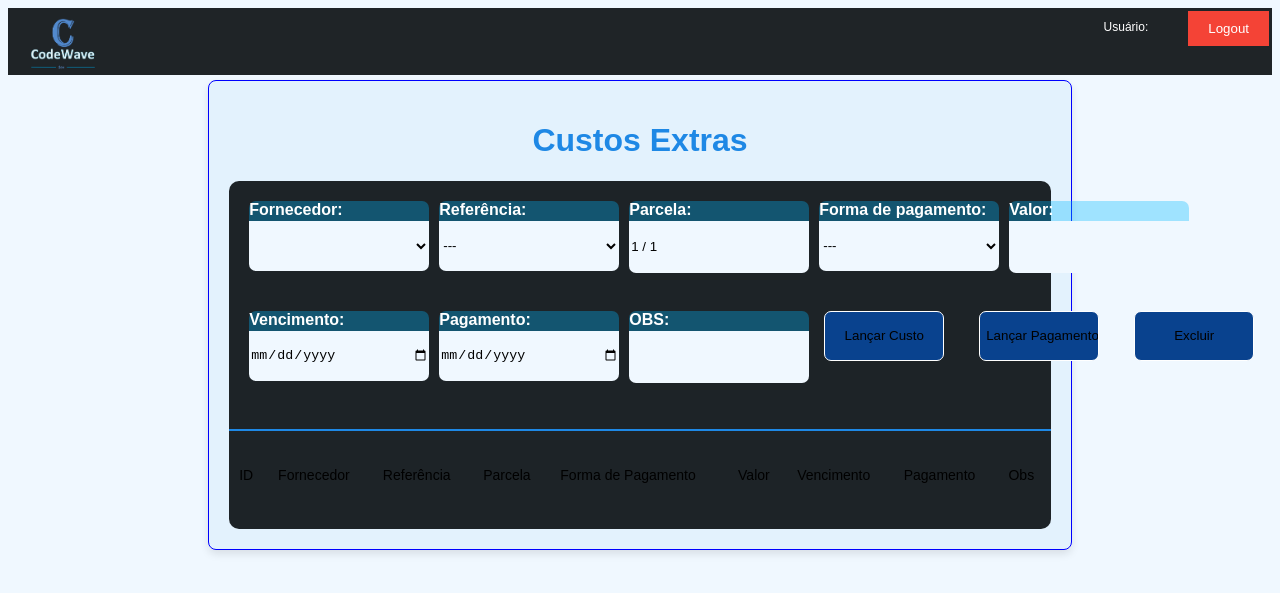
Repository: Romario-Brandao/CodeWave
Page: myproject/loja/templates/outras_despesas.html
An editor plug-in stored every save of this project. The page is shown before and after the next save, followed by the edit.
The browser window is 1280 px wide. The pictures show the whole page.
The template is drawn by Django 5.2. The application's start-up code is not run. Other server files are loaded and not shown. The template is opened directly, without the code that normally fills it, so the values that code supplies are empty.

Above is the page before, as saved 2025-03-01 01:33:46.

### myproject/loja/templates/outras_despesas.html
{% extends 'base.html' %} {% load static %} {% block body %}

<div class="form_fornecedor" style="width: 65%;">
  <h1>Custos Extras</h1>
  <div class="div_pai_custos_extras">
    <div style="display: flex;">
      <div class="caixas_barra_pesquisa_total">
        <h4 class="nome_caixa_item_parcelas">Fornecedor:</h4>
        <select name="fornecedor" class="caixa4">
          <option value=""></option>
          {% for item in fornecedores %}
          <option value="{{item.id}}">{{item.nome}}</option>
          {% endfor %}
        </select>
      </div>
      <div class="caixas_barra_pesquisa_total">
        <h4 class="nome_caixa_item_parcelas">Referência:</h4>
        <select name="forma_pg" class="caixa4" required>
          <option value="">---</option>
        <option value="AGUA">Água</option>
        <option value="CONTADOR">Contador</option>
        <option value="ENERGIA">Energia</option>
        <option value="INTERNET">Internet</option>
        <option value="SISTEMA ERP">Sistema ERP</option>
        <!-- <option value="ENERGIA"></option> -->
        </select>
      </div>
      <div class="caixas_barra_pesquisa_total">
        <h4 class="nome_caixa_item_parcelas">Parcela:</h4>
        <input type="text" name="parcela" class="caixa2_parcelas" value="1 / 1">
      </div>
      <div class="caixas_barra_pesquisa_total">
        <h4 class="nome_caixa_item_parcelas">Forma de pagamento:</h4>
        <select name="forma_pg" class="caixa4" required>
          <option value="">---</option>
          <option value="BOLETO">Boleto</option>
          <option value="C.CREDITO">C.Crédito</option>
          <option value="C.DEBITO">C.Débito</option>
          <option value="DINHEIRO">Dinheiro</option>
          <option value="PIX / TRANSFERENCIA">PIX / Transferência</option>
        </select>
      </div>
      <div class="caixas_barra_pesquisa_total">
        <h4 class="nome_caixa_item_parcelas">Valor:</h4>
        <input class="caixa2_parcelas" required name="valor" type="text" value="{{ valor_parcela }}" oninput="this.value=this.value.replace(/[^0-9,]/g, '').replace(/(,.*?)(,.*)/, '$1').replace(/(\d+),(\d{2})(\d.*)/, '$1,$2')">
      </div>
    </div>
    <div style="display: flex;">
      <div class="caixas_barra_pesquisa_total">
        <h4 class="nome_caixa_item_parcelas">Vencimento:</h4>
        <input class="caixa2_parcelas widht_data" required name="vencimento" type="date">
      </div>
      <div class="caixas_barra_pesquisa_total">
        <h4 class="nome_caixa_item_parcelas">Pagamento:</h4>
        <input class="caixa2_parcelas widht_data" name="pagamento" type="date"
        name="vencimento">
      </div>
      <div class="caixas_barra_pesquisa_total">
        <h4 class="nome_caixa_item_parcelas">OBS:</h4>
        <input class="caixa2_parcelas" type="text" name="obs"
        name="obs">
      </div>
      <div style="margin: 0 10px 0 30px;">
        <input class="butao_servico" type="submit" name="acao" value="Lançar Custo">
      </div>
      <div style="margin: 0 10px 0 30px;">
        <input class="butao_servico" type="submit" name="acao" value="Lançar Pagamento">
      </div>
      <div style="margin: 0 10px 0 30px;">
        <input class="butao_servico" type="submit" name="acao" value="Excluir">
      </div>
    </div>
    <hr>
    <br>
    <table>
      <tbody>
        <tr>
          <td>ID</td>
          <td>Fornecedor</td>
          <td>Referência</td>
          <td>Parcela</td>
          <td>Forma de Pagamento</td>
          <td>Valor</td>
          <td>Vencimento</td>
          <td>Pagamento</td>
          <td>Obs</td>
        </tr>
      </tbody>
    </table>
    <br><br>
  </div>
</div>


{% endblock %}

### myproject/loja/templates/base.html
{% load static %}
<!DOCTYPE html>
<html lang="pt-br">
  <head>
    <meta charset="UTF-8" />
    <meta name="viewport" content="width=device-width, initial-scale=1.0" />
    <title>"NOME DA EMPRESA"</title>
    <link rel="stylesheet" type="text/css" href="{% static 'css/main.css' %}" />
    <link rel="preconnect" href="https://fonts.googleapis.com" />
    <link rel="preconnect" href="https://fonts.gstatic.com" crossorigin />

    <link
      href="https://fonts.googleapis.com/css2?family=Inter:wght@400;700&display=swap"
      rel="stylesheet"
    />
  </head>
  <body>
    <div class="espaco_logo">
      <a class="imagem_logo" href="{% url 'menu' %}">
        <img src="{% static 'imagens/logo.jpeg' %}" alt="Logo" width="70px" />

        <!-- <img src="static/imagens/logo.jpeg" alt="Logo" width="70px" /> -->
      </a>
      <p class="nome_do_usuario">Usuário: {{ nome_usuario }}</p>
      <form method="POST" action="{% url 'logout' %}">
        {% csrf_token %}
        <button class="btn-logout" type="submit">Logout</button>
      </form>
    </div>

    {% block body %} {% endblock %}
  </body>
  <script>
    function applyPhoneMask(input) {
        // Remove tudo que não é número
        let value = input.value.replace(/\D/g, '');

        // Aplica a máscara (00) 0 0000-0000
        value = value.replace(/^(\d{2})(\d)/, '($1) $2');    // Coloca os parênteses e espaço
        value = value.replace(/(\d{1})(\d{4})(\d{4})$/, '$1 $2-$3'); // Coloca o espaço e traço

        // Atualiza o valor do campo
        input.value = value;
    }
  </script>
  <script>
    let isSubmitting = false;

    function preventMultipleSubmissions(form) {
      if (isSubmitting) {
        alert("O formulário já está sendo enviado. Aguarde...");
        return false;
      }
      isSubmitting = true;
      return true;
    }
  </script>
</html>

### myproject/static/css/main.css
.body_caixa {
  background-color: #09428e;
  background-color: rgba(1, 5, 8, 0.871);
  width: 1450px;
  height: 100%;
  margin: 50px 0 0 60px;
}

.caixa,
.sub_valor,
.forma_pg_valor {
  background-color: rgb(255, 255, 255);
}

.nome_caixa_item,
.nome_caixa_pg,
.titulos_lista_produtos,
.sub,
.forma_pg {
  color: rgb(255, 255, 255);
  background-color: rgba(0, 183, 255, 0.336);
}

/*  */
.cabecalho {
  background-color: blue;
  color: white;
  /* Adicione esta linha se quiser que o texto dentro do cabeçalho fique branco */
  padding: 2px;
  /* Adicione algum preenchimento para melhorar a aparência */
  display: flex;
}

.ferramentas {
  height: 83px;
  width: 200px;
  margin: 0 0 0 400px;
}

/*  */

.barra_pesquisa {
  display: flex;
  padding: 0 0 0 -10px;
}

/*  */
/*  */

.item_ferramenta {
  margin: 10px 0 0 0;
  background-color: blue;
  border-radius: 3px;
  text-align: center;
  height: 50px;
  width: 100px;
  border-radius: 7px;
  border: 1px solid black;
  color: aliceblue;
}

/*  */

.caixa_item {
  margin: 0 0 0 20px;
}

.caixa_item_compra {
  margin: 0 0 0 40px;
}

.caixa_item1 {
  margin: 0 0 0 0;
}

.sub_pg {
  display: flex;
}

.nome_caixa_item {
  border-radius: 7px 7px 0 0;
  height: 20px;
  width: 250px;
  margin: 0;
}

.caixa1 {
  border: 0;
  width: 250px;
  height: 50px;
  border-radius: 0 0 7px 7px;
  background-color: aliceblue;
  margin-top: 0;
}



.caixa_data {
  border: 0;
  width: 249px;
  height: 50px;
  border-radius: 0 0 7px 7px;
  background-color: aliceblue;
  margin-top: 0;
}

.caixa2 {
  border: 0;
  width: 246px;
  height: 50px;
  border-radius: 0 0 7px 7px;
  background-color: aliceblue;
  margin-top: 0;
}

.tamanho_cod_produto {
  width: 126px;
  height: 49px;
  margin: 0 20px 0 0;
}

.tamanho_cod_produto2 {
  width: 130px;
  margin: 0 20px 0 0;
}

.tamanho_cod_produto3 {
  margin: 0 -70px 0 80px;
}

.caixas_barra_pesquisa {
  width: 200px;
  height: 100px;
  margin: 0 0 10px 75px;
  border: 0;
}

.caixas_barra_pesquisa2 {
  width: 200px;
  height: 100px;
  margin: 0 0 10px 40px;
  border: 0;
}

.caixas_barra_pesquisa_excuir {
  width: 215px;
  height: 100px;
  margin: 0 60px 0 10px;
  border: 0;
}

.espacamento_caixa_excluir_compra {
  margin-left: 430px;
}

.caixa_botoes {
  margin: 0 0 0 70px;
}

.botao_caixa {
  width: 70px;
  height: 50px;
  border: 1px solid blue;
  margin: 0 0 0 10px;
  background-color: rgb(25, 0, 255);
  border-radius: 7px;
  color: #ffffff;
}

/*  */

.tela_principal {
  display: flex;
}

/*  */

.caixa_item_2 {
  margin: 0 10px 20px 0;
}

.caixa_item_3 {
  margin: 0 0 20px 70px;
}

.excluir_item {
  margin: 20px 0 0 7px;
}

.excluir_item {
  margin: 20px 0 0 70px;
}

.titulos_lista_produtos {
  background-color: rgba(0, 17, 255, 0.596);
  /* text-align: justify; */
  text-align: center;
  height: 20px;
  width: 100%;
  margin: 0;
  border-radius: 5px 5px 0 0;
}

.resumo_caixa {
  border-radius: 7px;
  margin: 0 0 0 5px;
  width: 990px;
  height: 343px;
  background-color: rgb(255, 255, 255);
  overflow-y: auto;
}

.resumo_caixa2 {
  margin: 0 0 0 -780px;
}

.resumo_caixa3 {
  border-radius: 7px;
  margin: 0 0 0 5px;
  width: 830px;
  height: 343px;
  background-color: rgb(255, 255, 255);
  overflow-y: auto;
}

.div_excluir_servico {
  display: flex;
  margin: 0 0 0 600px;
}

.sub {
  width: 290px;
  margin: 21px 10px 0 620px;
  border-radius: 7px 7px 0 0;
}

.sub_valor {
  width: 290px;
  height: 49px;
  margin: 0 10px 0 620px;
  border-radius: 0 0 7px 7px;
}

.forma_pg {
  width: 290px;
  margin: 21px 10px 0 10px;
  border-radius: 7px 7px 0 0;
}

.forma_pg_valor {
  width: 290px;
  height: 49px;
  margin: 0 80px 0 10px;
  border-radius: 0 0 7px 7px;
}

.butao_excluir_servico {
  width: 120px;
  height: 50px;
  border-radius: 7px;
  background-color: #8e091b;
  border: 1px solid white;
}

.butao_excluir_servico:hover {
  background-color: #be0b0bd2;
  border: none;
  color: white;
  cursor: pointer;
}

.finalizar_compra {
  margin: 0 0 0 10px;
}

.butao_excluir_servico1 {
  margin: 0 0 0 20px;
}

.butao_servico {
  width: 120px;
  height: 50px;
  border-radius: 7px;
  background-color: #09428e;
  border: 1px solid white;
}

.butao_servico:hover {
  background-color: #0b59be;
  border: none;
  color: white;
  cursor: pointer;
}

.botao_cadastrar_produtos,
.botao_laterar_produtos {
  display: flex;
}

.botao_adicionar {
  margin: 20px 0 0 20px;
  height: 35px;
}

.titulo_cadastro {
  display: flex;
}

tbody th {
  font-weight: normal;
  /* Remove o negrito */
  font-family: Arial, sans-serif;
  /* Altere para a fonte desejada */
  font-size: 14px;
}

.cabec_rel_prod {
  /* font-weight: normal; */
  /* Remove o negrito */
  font-family: Arial, sans-serif;
  /* Altere para a fonte desejada */
  font-size: 13px;
}

.font_rel_est {
  font-weight: normal;
  /* Caso existam células <td>, remova o negrito também */
  font-family: Arial, sans-serif;
  /* Altere para a fonte desejada */
  font-size: 11px;
}

tbody td {
  font-weight: normal;
  /* Caso existam células <td>, remova o negrito também */
  font-family: Arial, sans-serif;
  /* Altere para a fonte desejada */
  font-size: 14px;
}

table {
  width: 100%;
  border-collapse: collapse;
}

th,
td {
  /* border: 1px solid black;
  padding: 8px; */
  text-align: left;
}

tr:nth-child(even) {
  background-color: #add8e6;
  /* Cor azul claro */
}

.bloco_filtro {
  margin: 0 50px 20px 10px;
  border-left: 1px solid rgb(248, 3, 3);
}

.itens_bloco_filtro {
  margin: 0 0 0 10px;
}

.bloco_cad_prod,
.bloco_alt_prod {
  border: 1px solid blue;
  height: 400px;
  width: 500px;
  padding: 20px;
  margin: 0 20px 0 0;
  border-radius: 7px;
}

.tabela {
  margin-bottom: 0;
}

body {
  font-family: Arial, sans-serif;
  background-color: #f0f8ff;
}

.form_fornecedor {
  width: 50%;
  margin: auto;
  border: 1px solid blue;
  background-color: #e3f2fd;
  border-radius: 8px;
  padding: 20px;
  box-shadow: 0px 4px 8px rgba(0, 0, 0, 0.1);
}

h1 {
  text-align: center;
  color: #1e88e5;
}

hr {
  border: 1px solid #1e88e5;
}

.table_fornecedor {
  width: 100%;
  margin-bottom: 20px;
  border-spacing: 10px;
  /* Espaço entre células */
}

td {
  padding: 10px;
}

.label_for {
  font-weight: bold;
  color: #1565c0;
}

.input_cad_cli_for {
  width: 500px;
  padding: 10px;
  border: 1px solid #64b5f6;
  border-radius: 4px;
  background-color: #ffffff;
  font-size: 14px;
}

.input_cad_cli_for_select {
  width: 523px;
}

textarea.input_cad_cli_for {
  resize: none;
}

.input_cad_cli_for:focus {
  border-color: #1e88e5;
  outline: none;
}

.btn_submit_for {
  background-color: #1e88e5;
  color: white;
  padding: 10px 20px;
  border: none;
  border-radius: 4px;
  cursor: pointer;
  display: block;
  margin: 20px auto;
}

.btn_submit_for:hover {
  background-color: #1565c0;
}

.quant_vend_ult_d {
  border: 0;
  font-weight: bold;
  font-size: 12px;
  background-color: None;
}

.finalizar_excluir_item_compra {
  margin: -30px 0 0 585px;
}

.espaco_logo {
  display: flex;
  background-color: rgba(1, 5, 8, 0.871);
  width: 100%;
  margin: 0 0 5px 0;
}

.imagem_logo {
  margin: 0 0 0 20px;
}

.nome_do_usuario {
  /* align-items: end; */
  color: #ffffff;
  margin-left: auto;
  padding: 0 40px 0 0;
  font-size: 12px;
}

.menu {
  border: 1px solid black;
  border-radius: 7px;
  align-items: baseline;
  height: 560px;
  width: 400px;
  margin: 60px 0 0 200px;
  padding: 20px 10px 0 20px;
  background-color: rgba(1, 5, 8, 0.871);

}

.menu2 {
  max-height: 480px;
  /* Define a altura máxima para a div menu2 */
  overflow-y: auto;
  /* Ativa a barra de rolagem vertical apenas para menu2 */
  scrollbar-width: none;
  /* Remove a barra visível no Firefox */
  -ms-overflow-style: none;
  /* Remove a barra no IE e Edge */
}

.menu2::-webkit-scrollbar {
  display: none;
  /* Remove a barra de rolagem nos navegadores WebKit */
}

.link_menu {
  text-decoration: none;
  color: #ffffff;
  display: inline-block;
  /* Permite que o background preencha o espaço */
  transition: background-color 0.2s;
  /* Suaviza a transição de cor */
  width: 100%;
  height: 30px;
  /* padding: 1px 0 0 2px; */
}

.link_menu:hover,
a:active,
a:focus {
  text-decoration: none;
  /* Mantém o sublinhado removido mesmo ao passar o mouse ou focar */
  color: inherit;
  /* Mantém a cor ao passar o mouse ou focar */
}

.link_menu:hover {
  background-color: #ffffff;
  /* Define a cor de fundo ao passar o mouse */
  border-radius: 5px;
}

.resumo_contas_pag_rec {
  border-right: 1px solid red;
  margin: 0 10px 0 0;
  padding: 0 10px 0 0;
}

.btn-logout {
  background-color: #f44336;
  color: white;
  border: none;
  padding: 10px 20px;
  cursor: pointer;
  margin: 3px 3px 0 0;
}

.btn-logout:hover {
  background-color: #d32f2f;
}

.body {
  text-align: center;
  /* background: linear-gradient(to bottom, rgb(0, 217, 255) 50%, rgb(17, 0, 255) 100%); */
  background: linear-gradient(to bottom, #011b4d 40%, #f70202 190%);
  /* background: linear-gradient(to bottom, #001845 50%, #000 100%); */
  overflow: hidden;
  height: 100vh;
  margin: 0;
  position: relative;
}

.login {
  border: solid 3px rgb(248, 61, 4);
  margin: 60px 0 200px 200px;
  padding: 50px;
  border-radius: 20px;
  width: 300px;
  text-align: left;
  color: white;
}

.login h1 {
  color: rgb(3, 248, 3);
  /* Define a cor verde clara para o título "Login" */
}

.login,
.input_login,
.hr_login {
  margin-bottom: 20px;
  /* Adiciona espaçamento abaixo do <hr> */
}

.titulo {
  text-align: center;
}

.label_login {
  display: block;
  /* Garante que o rótulo ocupe uma linha inteira */
  margin-top: 10px;
  /* Adiciona espaço acima dos rótulos */
}

.caixa_login {
  width: calc(100% - 22px);
  /* Adapta a largura ao container com 10px de padding e 1px de borda de cada lado */
  padding: 10px;
  border: 1px solid #ccc;
  /* Cor e espessura da borda */
  border-radius: 5px;
  /* Cantos arredondados */
  box-sizing: border-box;
  /* Inclui padding e borda na largura total */
}

.botao_login {
  background-color: rgb(0, 0, 255);
  /* Cor de fundo do botão */
  border: none;
  /* Remove a borda padrão */
  color: black;
  /* Cor do texto */
  padding: 10px 20px;
  /* Espaçamento interno */
  text-align: center;
  /* Centraliza o texto */
  text-decoration: none;
  /* Remove sublinhado */
  display: inline-block;
  /* Permite a definição de padding e margin */
  font-size: 16px;
  /* Tamanho da fonte */
  margin-top: 10px;
  /* Espaçamento superior */
  border-radius: 5px;
  /* Cantos arredondados */
  cursor: pointer;
  /* Cursor de mãozinha ao passar o mouse */
  transition: background-color 0.3s ease;
  /* Transição suave para mudança de cor */
}

.botao_login:hover {
  background-color: DarkBlue;
  /* Cor de fundo ao passar o mouse */
  color: #ccc;
}

.input_login {
  margin: 20px 0 20px 0;
  border: 1px solid #001845;
  border-radius: 7px;
  height: 30px;
  width: 100%;
}

.caixa_div_produto {
  margin: 30px 0 20px 0;
  display: flex;
}

.produto_cadastro {
  margin: 0 0 0 60px;
}

.label_uni_med {
  margin: 0 0 0 47px;
}

.tr_cad_produtos {
  width: 25%;
}

.bloco_filtro_dashboard {
  margin: 10px 0 0 15px;
}

.filtro_dashboard_anos {
  display: flex;
}

.caixas_barra_pesquisa3 {
  width: 300px;
}

.caixa3,
.nome_caixa_item3 {
  width: 355px;
}

.butao_servico {
  margin: 0 0 0 -5px;
}

.caixas_barra_pesquisa_total {
  width: 120px;
  height: 100px;
  margin: 0 50px 10px 20px;
  border: 0;
  gap: 30px;
}

.nome_caixa_item_parcelas {
  color: rgb(255, 255, 255);
  background-color: rgba(0, 183, 255, 0.336);
  border-radius: 7px 7px 0 0;
  height: 20px;
  width: 180px;
  margin: 0;
}

.caixa2_parcelas {
  border: 0;
  width: 146.5%;
  height: 50px;
  border-radius: 0 0 7px 7px;
  background-color: aliceblue;
  margin-top: 0;
}

.button_fechamento {
  height: 70%;
  width: 120%;
  background-color: rgba(0, 128, 0, 0.281);
  border-radius: 7px;
  border: 1px solid white;
}

.button_fechamento:hover {
  background-color: rgba(0, 128, 0, 0.788);
  border: none;
  color: white;
  cursor: pointer;
}

.caixa4 {
  border: 0;
  width: 180px;
  height: 50px;
  border-radius: 0 0 7px 7px;
  background-color: aliceblue;
  margin-top: 0;
}

.td_contas {
  padding: 0;
  margin: 0;
  text-align: right;
}


.nome_caixa_item2 {
  width: 120px;
}

.input_caixa_item2 {
  width: 116px;
}

.table-container {
  max-height: 300px;
  /* Altura máxima da tabela */
  overflow-y: auto;
  /* Habilita rolagem vertical */
}

.table-fixa th {
  position: sticky;
  /* Torna os cabeçalhos fixos */
  top: 0;
  /* Fixa no topo durante a rolagem */
  background-color: #f9f9f9;
  /* Cor de fundo do cabeçalho */
  z-index: 2;
  /* Garante que o cabeçalho fique acima das células */
}

.widht_data {
  width: 179px;
}

.hr_parcela {
  width: 50%;
  margin-left: 20px;
  height: 0.10px;
  background-color: yellow;
  border: none;
}


.menu_relatorio {
  display: none;
  position: absolute;
  /* Permite que o menu seja posicionado sobre outros elementos */
  background-color: rgba(1, 5, 8, 0.871);
  width: 300%;
  padding: 10px;
  z-index: 10;
  /* Garante que o menu esteja acima de outros elementos */
}

.barra_menu_relatorio {
  position: relative;
  /* Necessário para que o menu seja posicionado relativo a este elemento */
  width: 100%;
}

.barra_menu_relatorio:hover .menu_relatorio {
  display: block;
  left: 100px;
  /* margin: 0 0 0 50%; */
}



.form_fornecedor_relatorio {
  width: 95%;
}

.checkbox-container {
  width: 100px;
  display: grid;
  grid-template-columns: repeat(3, 1fr);
  /* Três colunas */
  gap: 10px;
  /* Espaçamento entre os itens */
  align-items: center;
  /* Alinha verticalmente os elementos */
}


.checkbox_folha {
  display: flex;
  justify-content: space-between;
}

.input_folha {
  width: 80px;
  border-radius: 3px;
}

#listaProdutos,
#listaServicos {
  position: absolute;
  display: none;
  width: 400px;
  height: 220px;
  overflow-y: auto;
  border: 2px solid #00000065;
  border-radius: 10px;
  padding: 5px;
  margin-top: 5px;
  background-color: white;
  color: #333;
  outline: none;
  z-index: 10;
}

#listaProdutos option:hover,
#listaServicos option:hover {
  background-color: #5490cf8c;
  color: rgb(48, 45, 45);
}

.div_pai_custos_extras {
  padding-top: 20px;
  background-color: rgba(1, 5, 8, 0.871);
  border-radius: 10px;

}

After the next save:
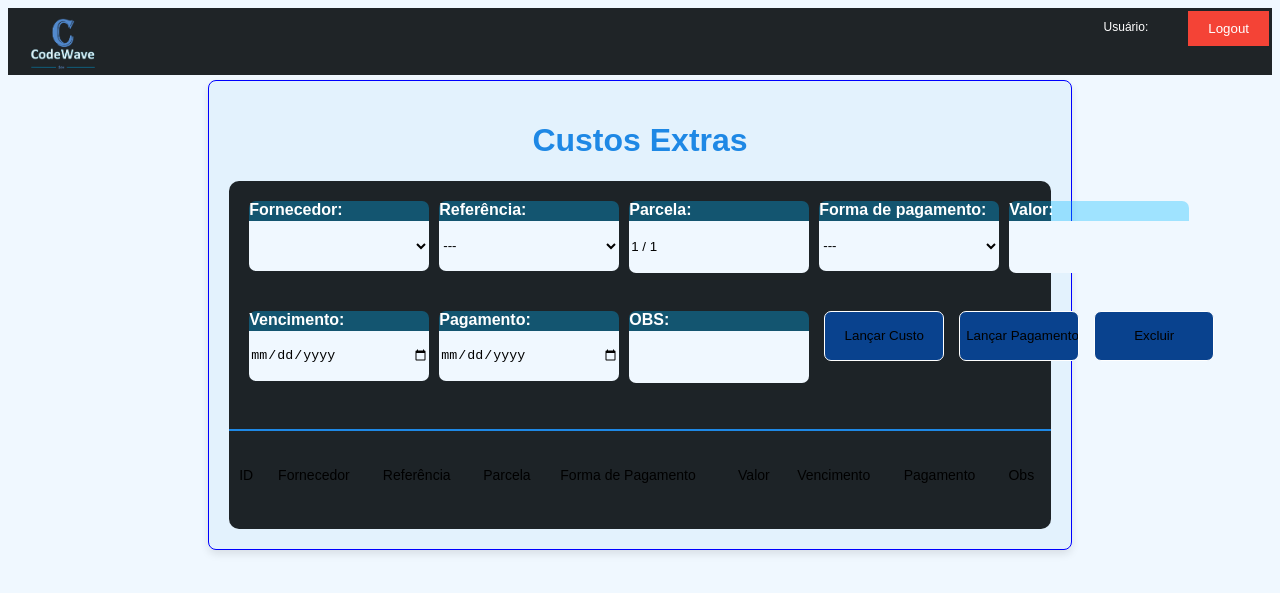
Saved 9 s later.
--- a/myproject/loja/templates/outras_despesas.html
+++ b/myproject/loja/templates/outras_despesas.html
@@ -63,10 +63,10 @@
       <div style="margin: 0 10px 0 30px;">
         <input class="butao_servico" type="submit" name="acao" value="Lançar Custo">
       </div>
-      <div style="margin: 0 10px 0 30px;">
+      <div style="margin: 0 10px 0 10px;">
         <input class="butao_servico" type="submit" name="acao" value="Lançar Pagamento">
       </div>
-      <div style="margin: 0 10px 0 30px;">
+      <div style="margin: 0 10px 0 10px;">
         <input class="butao_servico" type="submit" name="acao" value="Excluir">
       </div>
     </div>
